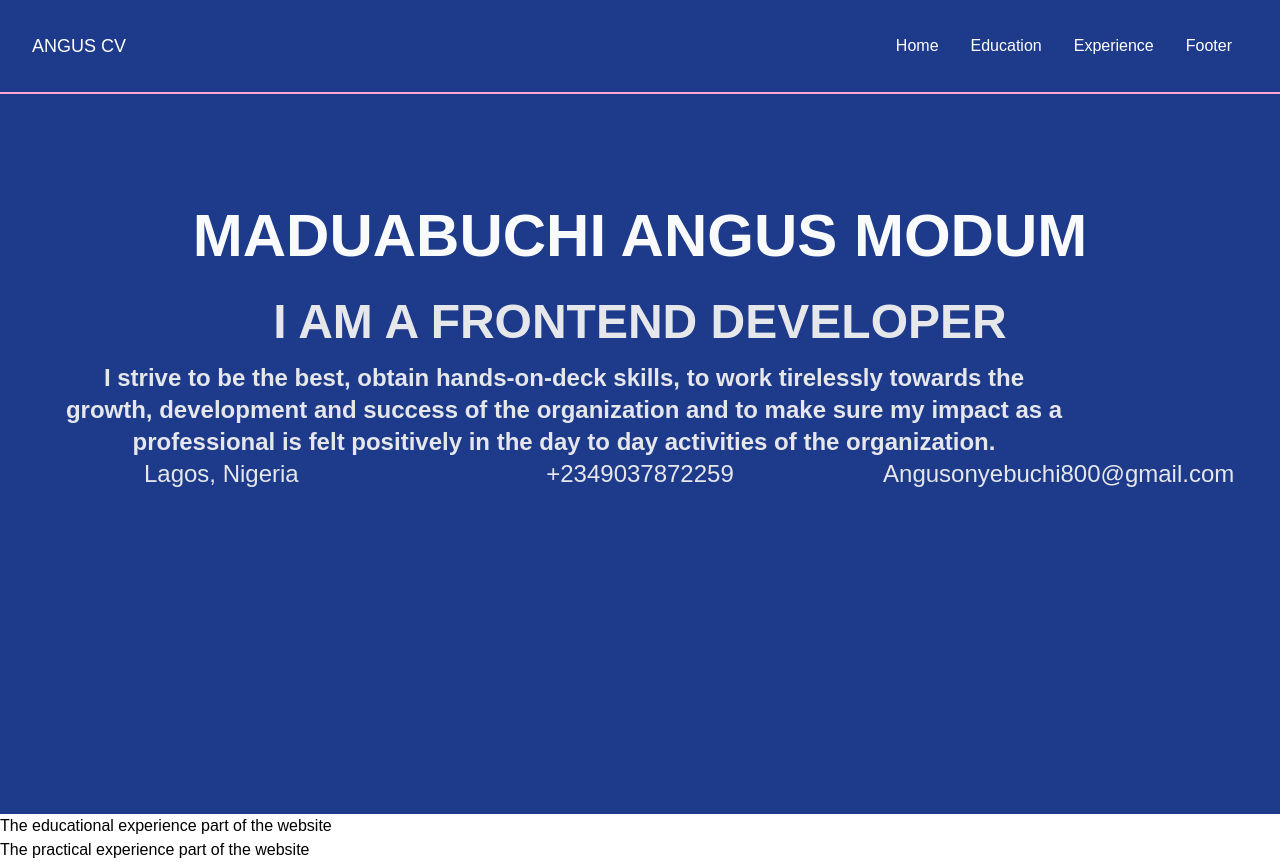
Repository: AngusOnyebuchi/AngusOnyebuchi.github.io
Page: /
An editor plug-in stored every save of this project. The page is shown before and after the next save, followed by the edit.
The browser window is 1280 px wide. The pictures show the whole page.
The project was rebuilt for these pictures with package versions that can differ from the ones it lists, and the page was loaded fresh each time.

Above is the page before, as saved 2022-04-17 15:51:00.

### public/index.html
<!DOCTYPE html>
<html lang="en">
  <head>
    <meta charset="utf-8" />
    <link rel="icon" href="%PUBLIC_URL%/favicon.ico" />
    <meta name="viewport" content="width=device-width, initial-scale=1" />
    <meta name="theme-color" content="#000000" />
    <meta
      name="description"
      content="Web site created using create-react-app"
    />
    <link rel="apple-touch-icon" href="%PUBLIC_URL%/logo192.png" />
    <!--
      manifest.json provides metadata used when your web app is installed on a
      user's mobile device or desktop. See https://developers.google.com/web/fundamentals/web-app-manifest/
    -->
    <link rel="manifest" href="%PUBLIC_URL%/manifest.json" />
    <!--
      Notice the use of %PUBLIC_URL% in the tags above.
      It will be replaced with the URL of the `public` folder during the build.
      Only files inside the `public` folder can be referenced from the HTML.

      Unlike "/favicon.ico" or "favicon.ico", "%PUBLIC_URL%/favicon.ico" will
      work correctly both with client-side routing and a non-root public URL.
      Learn how to configure a non-root public URL by running `npm run build`.
    -->
    <title>Angus CV </title>
  </head>
  <body>
    <noscript>You need to enable JavaScript to run this app.</noscript>
    <div id="root"></div>
    <!--
      This HTML file is a template.
      If you open it directly in the browser, you will see an empty page.

      You can add webfonts, meta tags, or analytics to this file.
      The build step will place the bundled scripts into the <body> tag.

      To begin the development, run `npm start` or `yarn start`.
      To create a production bundle, use `npm run build` or `yarn build`.
    -->
  </body>
</html>

### src/index.js
import React from "react";
import ReactDOM from "react-dom";
import "./style.css"
import App from "./App";

ReactDOM.render(<App/>, document.getElementById("root"))

### src/style.css
@tailwind base;
@tailwind components;
@tailwind utilities;

@layer base {
    body{
        @apply font-[Sans-serif];
    }
    li {
        @apply px-4;
        @apply cursor-pointer;
    }
}

### src/App.js
import React from "react";
import Home from "./components/Home"
import Education from "./components/Education";
import Experience from "./components/Experience";
import NavBar from "./components/NavBar";

export default function App() {
  return (
    <div>
      <NavBar/>
      <Home/>
      <Education/>
      <Experience/>
    </div>
  )
}

### src/components/Home.js
import React from "react";

export default function Home() {
    return (
        <div className="w-full h-screen p-4 bg-blue-900 text-gray-200">
            <h1 className="text-4xl md:text-6xl font-bold uppercase pt-24 text-center text-gray-50">Maduabuchi Angus Modum</h1>
            <h3 className="text-3xl md:text-5xl font-bold uppercase pt-8 text-center">I am a Frontend Developer</h3>
            <p className="font-bold text-center justify-center text-lg md:text-2xl max-w-[1000px] mx-12 mt-4">I strive to be the best, obtain hands-on-deck skills,
                to work tirelessly towards the growth, development and success of the organization and to make sure my impact
                as a professional is felt positively in the day to day activities of the organization.</p>

            <div className="grid grid-cols-3 gap-2 text-2xl text-center">
                <h4 className="mx-0">Lagos, Nigeria</h4>
                <h4 className="mx-0">+2349037872259</h4>
                <h4  className="mx-0">Angusonyebuchi800@gmail.com</h4>
            </div>
        </div>
    )
}

### src/components/Education.js
import React from "react";

export default function Education() {
    return(
        <div>
            <h1>The educational experience part of the website</h1>
        </div>
    )
}

### src/components/Experience.js
import React from "react";

export default function Experience() {
    return(
        <div>
            <h1>The practical experience part of the website</h1>
        </div>
    )
}

### src/components/NavBar.js
import React, {useState} from "react";
import {FaTimes, FaBars} from "react-icons/fa"

export default function NavBar() {

    const [nav, setNav] = useState(true)
    const toggle = () => setNav(!nav)

    return(
        <div className="bg-blue-900 text-white w-full p-8 flex justify-between items-center border-b-2 border-pink-300">
            <h1 className="uppercase text-lg">Angus CV</h1>

            <ul className=" hidden sm:flex justify-between">
                <li className="hover:border-b-2 border-pink-300 ">Home</li>
                <li className="hover:border-b-2 border-pink-300 ">Education</li>
                <li className="hover:border-b-2 border-pink-300 ">Experience</li>
                <li className="hover:border-b-2 border-pink-300 ">Footer</li>
            </ul>

            {/** Mobile list */}
            <div onClick={toggle} className="sm:hidden z-10">
                {nav ? <FaBars/> : <FaTimes/>}
            </div>
            <ul className={nav ? 'hidden' : 'absolute top-0 left-0 w-full h-screen bg-inherit flex flex-col justify-center items-center my-8 sm:hidden'}>
                    <li>Home</li>
                    <li>Education</li>
                    <li>Experience</li>
                    <li>Footer</li>
            </ul>
        </div>
    )
}

Loaded but not shown: tailwind.config.js (common file)

After the next save:
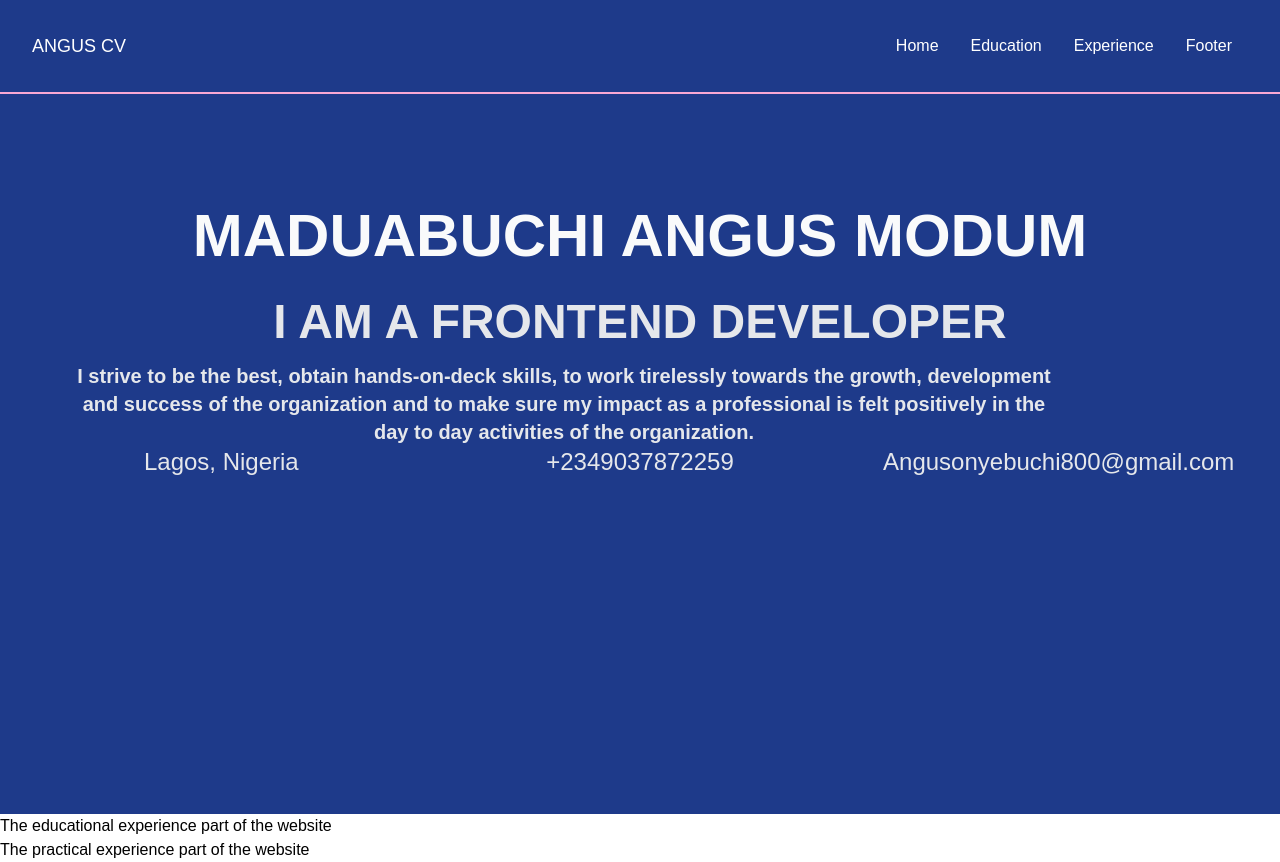
Saved 14 s later.
--- a/src/components/Home.js
+++ b/src/components/Home.js
@@ -5,7 +5,7 @@ export default function Home() {
         <div className="w-full h-screen p-4 bg-blue-900 text-gray-200">
             <h1 className="text-4xl md:text-6xl font-bold uppercase pt-24 text-center text-gray-50">Maduabuchi Angus Modum</h1>
             <h3 className="text-3xl md:text-5xl font-bold uppercase pt-8 text-center">I am a Frontend Developer</h3>
-            <p className="font-bold text-center justify-center text-lg md:text-2xl max-w-[1000px] mx-12 mt-4">I strive to be the best, obtain hands-on-deck skills,
+            <p className="font-bold text-center justify-center text-lg md:text-xl max-w-[1000px] mx-12 mt-4">I strive to be the best, obtain hands-on-deck skills,
                 to work tirelessly towards the growth, development and success of the organization and to make sure my impact
                 as a professional is felt positively in the day to day activities of the organization.</p>
 
